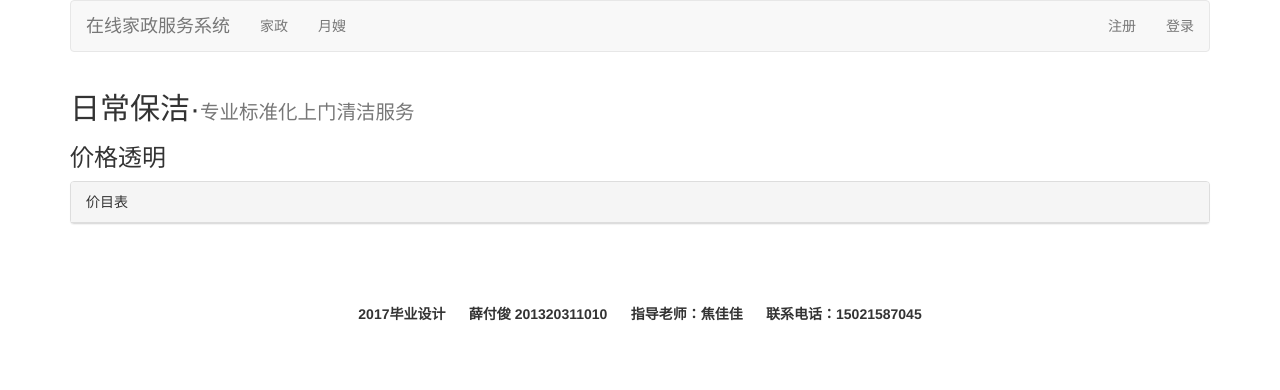
Repository: ELeonCXFJ/MyEclipseWS
Page: http://localhost/MyWeb/jsps/product/keeper/dailywork.jsp
The author's editor kept a copy of each file at every save. The page is drawn from the files as they stood at one save, then again after a run of saves.
The browser window is 1280 px wide. The pictures show the whole page.
The page is served by Tomcat 9. Nobody is signed in. The application's start-up code is not run. Other server files are loaded and not shown.

Above is the page before, as saved 2017-03-21 04:57:54.

### MyWeb/WebRoot/jsps/product/keeper/dailywork.jsp
<%@ page trimDirectiveWhitespaces="true" language="java" import="java.util.*" pageEncoding="UTF-8"%>
<%@ taglib prefix="c" uri="http://java.sun.com/jsp/jstl/core" %>

<!DOCTYPE html>
<html>
<head>
   <meta charset="utf-8">
   <title>日常保洁</title>
   <script src="<c:url value='/vendor/jquery/jquery.min.js'/>"></script>
   <script src="<c:url value='/vendor/bootstrap/js/bootstrap.min.js'/>"></script>
   <link rel="stylesheet" href="<c:url value='/vendor/bootstrap/css/bootstrap.min.css'/>" />

</head>
<body>

<div class="container">
	<div class="row clearfix">
	<c:import url="/top.jsp" />

		<div class="col-lg-12 col-md-12 col-xs-12 col-sm-12">
			<h2>日常保洁·<small>专业标准化上门清洁服务</small></h2>
			<h3>价格透明</h3>
			<div class="panel panel-default">
				<div class="panel-heading">
					价目表
				</div>
			</div>
		</div>

	</div>
</div>	<!-- container -->
	<c:import url="/bottom.jsp"></c:import>
</body>
</html>

### MyWeb/WebRoot/top.jsp
<%@ page language="java" import="java.util.*" pageEncoding="UTF-8"%>
<%@ taglib prefix="c" uri="http://java.sun.com/jsp/jstl/core" %>

<!DOCTYPE html>
<html>
<head>
   <meta charset="utf-8">
   <title>导航栏</title>
</head>
<body>

<div class="container" align="center">
	<div class="row clearfix">
		<div class="col-lg-12 col-md-12 col-xs-12 col-sm-12">
			<nav class="navbar navbar-default" role="navigation">
				<div class="navbar-header">
					 <button type="button" class="navbar-toggle" data-toggle="collapse" data-target="#bs-example-navbar-collapse-1"> <span class="sr-only">Toggle navigation</span><span class="icon-bar"></span><span class="icon-bar"></span><span class="icon-bar"></span></button> <a class="navbar-brand" href="<c:url value='/index.jsp'/>">在线家政服务系统</a>
				</div>
				<div class="collapse navbar-collapse" id="bs-example-navbar-collapse-1">
					<ul class="nav navbar-nav">
						<li >
							 <a href="#">家政</a>
						</li>
						<li>
							 <a href="#">月嫂</a>
						</li>
					</ul>
					<ul class="nav navbar-nav navbar-right">
					<c:choose>
						<c:when test="${empty sessionScope.sessionUser }">
							<li>
								 <a href="<c:url value='/jsps/user/register.jsp'/>">注册</a>
							</li>
							<li>
								<a href="<c:url value='/jsps/user/login.jsp' />">登录</a>
							</li>
						</c:when>

						<c:otherwise>
							<li>
								 <a href="<c:url value='/OrderServlet?method=getMyOrder'/>">我的订单</a>
							</li>
							<li>
								 <a href="<c:url value='/jsps/user/pwd.jsp'/>">修改密码</a>
							</li>
							<li>
								 <a href="#">购物车</a>
							</li>
							<li>
								<a href="<c:url value="/UserServlet?method=exit"/>">退出</a>
							</li>
						</c:otherwise>
					</c:choose>
					</ul>
				</div>
			</nav>
		</div>
	</div>
</div>
</body>

### MyWeb/WebRoot/bottom.jsp
<%@ page language="java" import="java.util.*" pageEncoding="UTF-8"%>
<%@ taglib prefix="c" uri="http://java.sun.com/jsp/jstl/core" %>

<!DOCTYPE html>
<html>
<head>
   <meta charset="utf-8">
   <title>页脚</title>
   <link rel="stylesheet" href="./vendor/bootstrap/css/bootstrap.min.css">
   <script src="./vendor/bootstrap/js/bootstrap.min.js"></script>
</head>
<body>

	<div align="center">
		<label for=“bottom"></br></br></br>2017毕业设计&nbsp;&nbsp;&nbsp;&nbsp;&nbsp;&nbsp;薛付俊 201320311010&nbsp;&nbsp;&nbsp;&nbsp;&nbsp;&nbsp;指导老师：焦佳佳&nbsp;&nbsp;&nbsp;&nbsp;&nbsp;&nbsp;联系电话：15021587045</label>
	</div>
	<div style="display:none;">
		<label for="hide">bootstrapvalidator引用自：https://github.com/nghuuphuoc/bootstrapvalidator</label>
	</div>
</body>

After the next 2 saves:
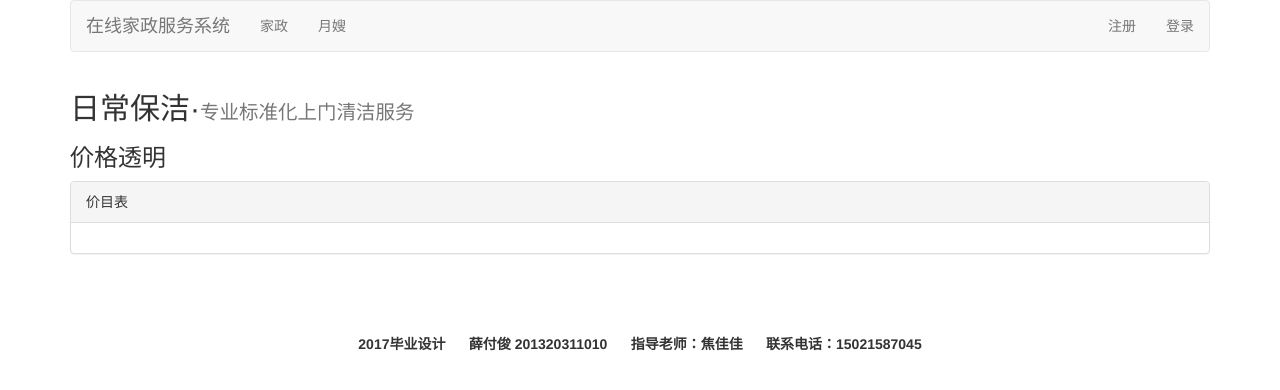
The 2 saves are shown as one change because they came seconds apart.
The last was saved 16 s later.
--- a/MyWeb/WebRoot/jsps/product/keeper/dailywork.jsp
+++ b/MyWeb/WebRoot/jsps/product/keeper/dailywork.jsp
@@ -24,6 +24,9 @@
 				<div class="panel-heading">
 					价目表
 				</div>
+				<div class="panel-body">
+
+				</div>
 			</div>
 		</div>
 
